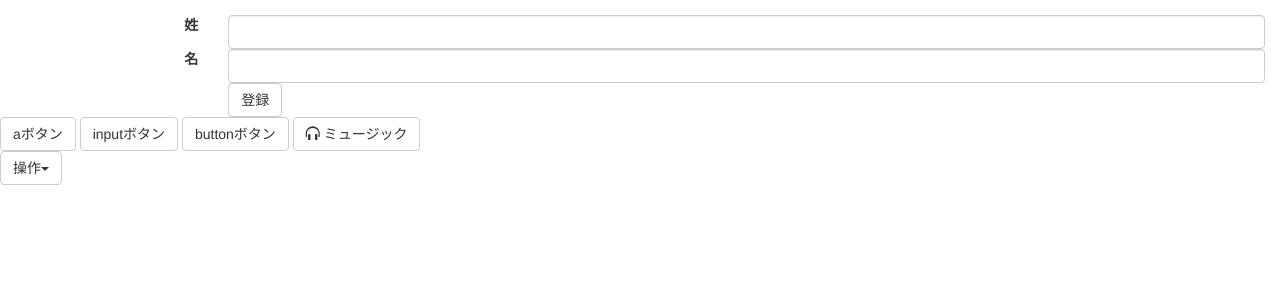
Repository: erinakatagiri/gomi
Page: bootstrap_lesson.html
The author's editor kept a record of every edit. The page is drawn from the files as they stood at one moment, then again after the next edit.
The browser window is 1280 px wide. The pictures show the whole page.

Above is the page before.

After the next edit:
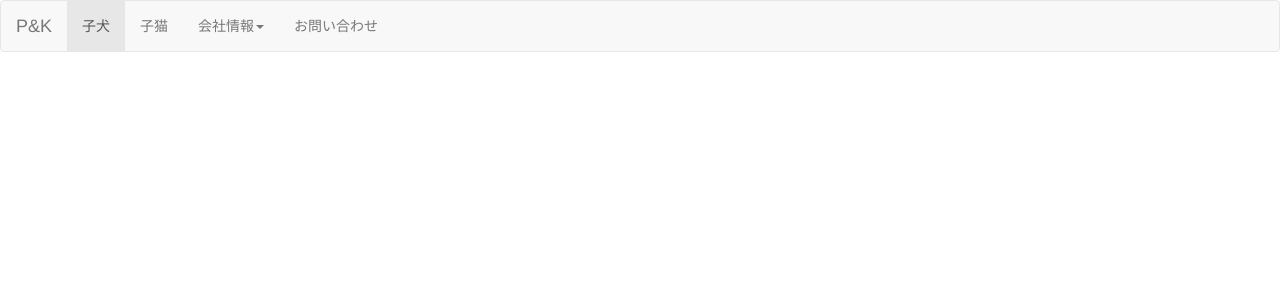
The edit:
--- a/bootstrap_lesson.html
+++ b/bootstrap_lesson.html
@@ -26,53 +26,38 @@
 
     </head>
     <body>
-       <form class=horizontal>
-  <!-- "form-group" expresses a row -->
-  <div class="form-group">
-    <label class="col-xs-2 control-label text-right">姓</label>
-    <div class="col-xs-10">
-      <input type="text" class="form-control"  name="lastname">
+   <nav class="navbar navbar-default">
+  <div class="container-fluid">
+    <div class="navbar-header">
+      <!-- hamburger button which shows narrow width -->
+      <button type="button" class="navbar-toggle collapsed" data-toggle="collapse" data-target="#navbar">
+        <span class="icon-bar"></span>
+        <span class="icon-bar"></span>
+        <span class="icon-bar"></span>
+      </button>
+
+      <!-- link back to the home -->
+      <a class="navbar-brand" href="#">P&amp;K</a>
     </div>
-  </div>
 
-  <!-- row -->
-  <div class="form-group">
-    <label class="col-xs-2 control-label text-right">名</label>
-    <div class="col-xs-10">
-      <input type="text" class="form-control"  name="
-      firstname">
-    </div>
-  </div>
-
-  <!-- row -->
-  <div class="form-group">
-    <div class="col-xs-offset-2 col-sm-10">
-      <button type="submit" class="btn btn-default">登録</button>
-    </div>
-  </div>
-  <a href="#" class="btn btn-default">aボタン</a>
-<input type="submit" class="btn btn-default" value="inputボタン">
-<button class="btn btn-default" type="submit">buttonボタン</button>
-
-<button type="button" class="btn btn-default">
-  <span class="glyphicon glyphicon-headphones"></span>
-  ミュージック
-</button>
-</form>
-    </div>
-        </div>
-
-        <div class="dropdown">
-  <button type="button" class="btn btn-default dropdown-toggle" data-toggle="dropdown">
-    操作<span class="caret"></span>
-  </button>
-  <!-- choices -->
-  <ul class="dropdown-menu">
-    <li><a href="#">返信</a></li>
-    <li><a href="#">転送</a></li>
-    <li role="separator" class="divider"></li>
-    <li><a href="#">削除</a></li>
-  </ul>
-</div>
+    <!-- menu items -->
+    <div id="navbar" class="collapse navbar-collapse">
+      <ul class="nav navbar-nav">
+        <li class="active"><a href="#">子犬</a></li>
+        <li><a href="#">子猫</a></li>
+        <li class="dropdown">
+          <a href="#" class="dropdown-toggle" data-toggle="dropdown">会社情報<span class="caret"></span></a>
+          <ul class="dropdown-menu">
+            <li><a href="#">ビジョン</a></li>
+            <li><a href="#">会社概要</a></li>
+            <li><a href="#">地図</a></li>
+            <li><a href="#">沿革</a></li>
+          </ul>
+        </li>
+        <li><a href="#">お問い合わせ</a></li>
+      </ul>
+    </div><!-- /.navbar-collapse -->
+  </div><!-- /.container-fluid -->
+</nav>
     </body>
 </html>
